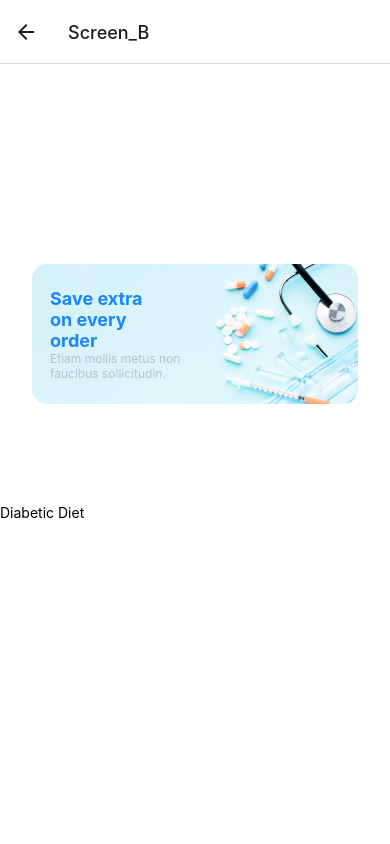
Repository: ntu34543/designReactNative
Screen: /Screen_B
An editor plug-in stored every save of this project. The screen is shown before and after the next save, followed by the edit.
The app was drawn by React Native's web renderer in a window 390 px wide. The project was rebuilt for these pictures with package versions that can differ from the ones it lists, and the page was loaded fresh each time.

Above is the screen before, as saved 2022-10-18 16:48:59.

After the next save:
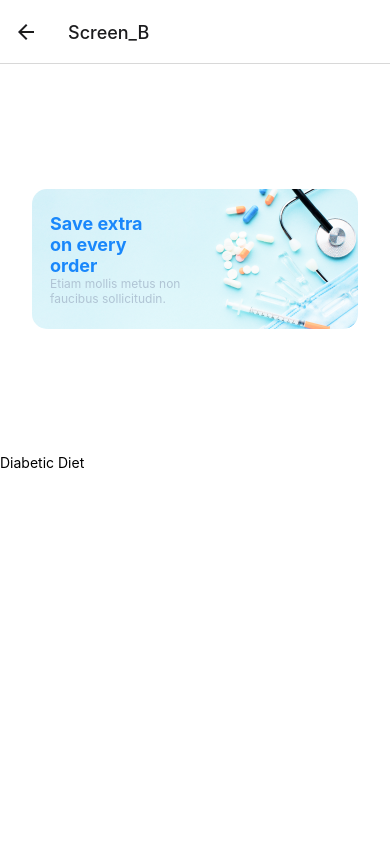
Saved 7 s later.
--- a/page/DiabetesCare.js
+++ b/page/DiabetesCare.js
@@ -39,7 +39,7 @@ const styles = StyleSheet.create({
   banner: {
     justifyContent: "center",
     alignItems: "center",
-    marginTop: 100,
+    // marginTop: 100,
     flex: 1,
   },
   imgHeader: {
